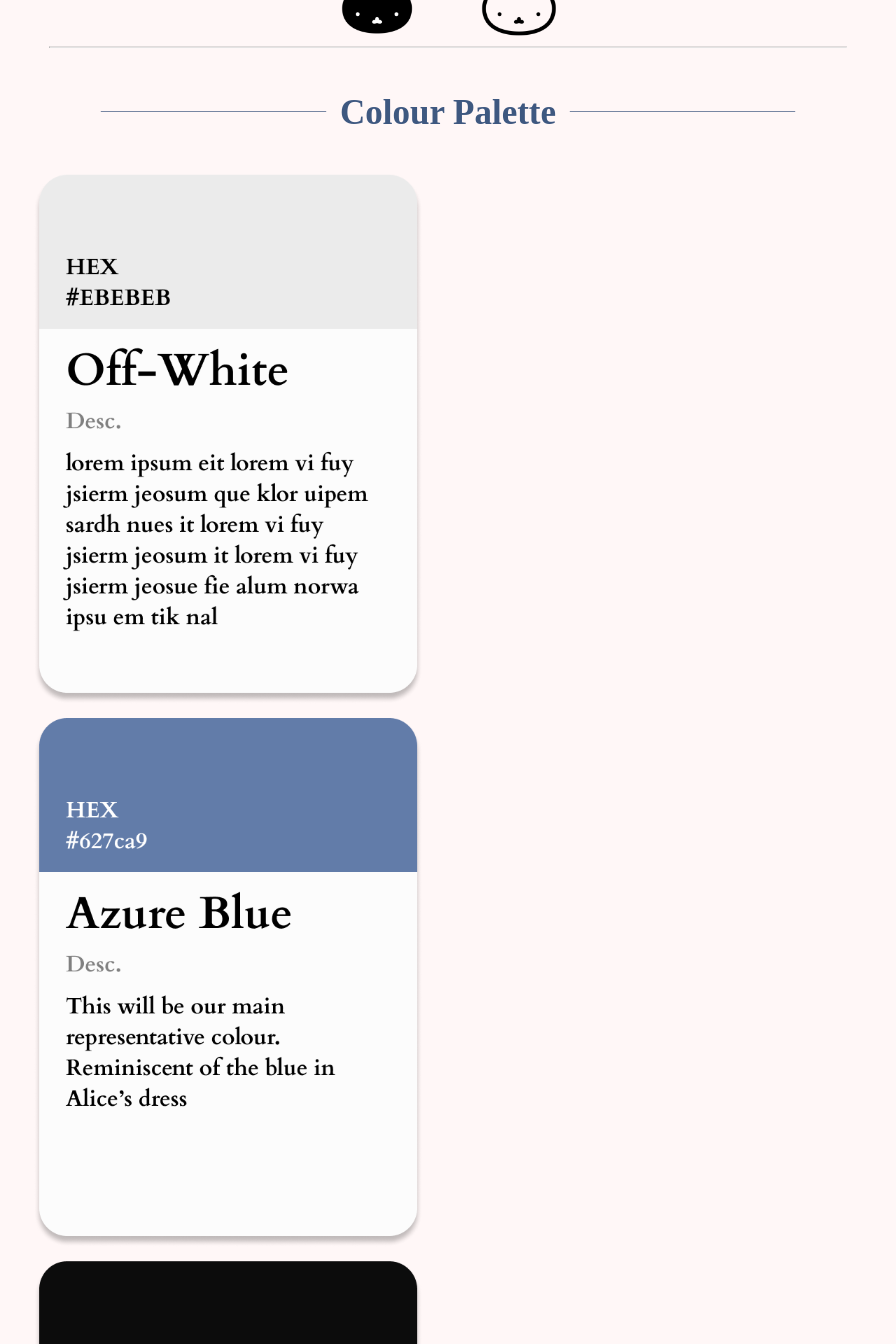
Repository: MeowCeline00/styleguide_wonder
Page: index.html
The author's editor kept a copy of each file at every save. The page is drawn from the files as they stood at one save, then again after a run of saves.
The browser window is 1280 px wide. The pictures show the part of the page from y = 1674 to 3594 px (the page is 5804 px tall before and 4212 px after), at 70% of full size.

Above is the page before, as saved 2024-04-09 17:51:44.

### index.html
<!DOCTYPE html>
<html lang="en">
<head>
    <meta charset="UTF-8">
    <meta name="viewport" content="width=device-width, initial-scale=1.0">
    <title>Wonderland Style Guide</title>
    <link rel="stylesheet" href="styles/styles.css">
</head>
<body>

    <header>
        <nav>
            <ul>
                <li><a href="#home">Home</a></li>
                <li><a href="#logo">Logo</a></li>
                <li><a href="#color-variations">Color Variations</a></li>
                <li><a href="#typography">Typography</a></li>
                <li><a href="#imagery">Imagery</a></li>
            </ul>
        </nav>
        <hr style="width: 90%;" />

    </header>

    <main>
        <section id="home">
            <div class="row">
                <div class="column">
                  <img src="./images/alice_icon.png" alt="alice_icon" style="width:100%">
                </div>
                <div class="column">
                  <img src="./images/main.png" alt="main_logo" style="width:100%">
                </div>
              </div>
        </section>

        <div class="title-container">
            <div class="line"></div>
            <h2 class="title">Logo Variations</h2>
            <div class="line"></div>
        </div>

        <section id="logo">
            <div class="secondpage">
              <div class="mockup">
                <img src="./images/mockup.png" alt="mockup" style="width: 600px;">
              </div>
              <div class="divider"></div>
              <div class="logo_blue">
                <img src="./images/logo_blue.png" alt="logo_blue" style="width: 400px;">
              </div>
            </div>
            <div class="blacknwhite">
                <img src="./images/rabbit_bw.png" alt="rabbit_bw" style="width: 30%;">
            </div>
          </section>

          <hr style="width: 90%;" />

        <section id="color-variations">
             <div class="title-container">
            <div class="line"></div>
            <h2 class="title">Colour Palette</h2>
            <div class="line"></div>
        </div>

        <div class="color_palette">
            <div class="color_guide">
                <figure class="color_guide_item color_guide_item--1">
                    <img src="./images/off_white.png" alt="off_white" class="color_guide_img">
                </figure>
                <figure class="color_guide_item color_guide_item--2">
                    <img src="./images/azure_blue.png" alt="azure_blue" class="color_guide_img">
                </figure>
                <figure class="color_guide_item color_guide_item--3">
                    <img src="./images/midnight.png" alt="midnight" class="color_guide_img">
                </figure>
                <figure class="color_guide_item color_guide_item--4">
                    <img src="./images/scarlet.png" alt="scarlet" class="color_guide_img">
                </figure>
                <figure class="color_guide_item color_guide_item--5">
                    <img src="./images/dandelion.png" alt="dandelion" class="color_guide_img">
                </figure>
            </div>
        </div>
        </section>

        <section id="typography">
            <!-- Content for the Typography section -->
        </section>

        <section id="imagery">
            <!-- Content for the Imagery section -->
        </section>

    </main>


    <footer>
        <!-- Footer content -->
    </footer>


<button id="back-to-top" title="Go to top">Top</button>

<script>
  document.addEventListener('DOMContentLoaded', function() {
    if (document.body.scrollTop > 20 || document.documentElement.scrollTop > 20) {
      document.body.classList.remove('top');
    } else {
      document.body.classList.add('top');
    }
  });

  var mybutton = document.getElementById('back-to-top');

  window.onscroll = function() {
    scrollFunction();
  };

  function scrollFunction() {
    if (document.body.scrollTop > 20 || document.documentElement.scrollTop > 20) {
      document.body.classList.remove('top');
    } else {
      document.body.classList.add('top');
    }
  }

  mybutton.onclick = function() {
    document.body.scrollTop = 0;
    document.documentElement.scrollTop = 0;
  };
</script>

</body>
</html>

</body>
</html>

### styles/styles.css
.row {
    display: flex;
    justify-content: center;
    align-items: center;
  }

  .column {
    flex: 1;
    padding-left: 20px;
    padding-right: 20px;
    padding-top: 30px;
    padding-bottom: 50px;
  }

  .column img {
    width: 100%;
    max-width: 600px;
    height: auto;
    margin: 10px;
  }


  header {
    text-align: center;
    padding: 25px 0;
  }

  nav ul {
    list-style: none;
    display: inline-block;
    padding: 10px;
    font-family: 'Josefin Sans', sans-serif;
  }

  nav li {
    display: inline;
    margin-right: 150px;
  }

  nav a {
    text-decoration: none;
    color: #3E5880;
    font-size: 16px;
    font-weight: bold;
  }

  nav a:hover, nav a:focus {
    color: #424be9;
    text-decoration: underline solid #0c0c0c;
  }



  body {
    background-color: #FFF7F7;
  }

  .title-container {
    display: flex;
    align-items: center;
    justify-content: center;
    margin: 20px 0;
    max-width: 80%;
    margin-left: auto;
    margin-right: auto;
  }

  .line {
    flex-grow: 1;
    height: 1px;
    background-color: #3E5880;
    margin: 0 10px;
  }

  .title {
    white-space: nowrap;
    padding: 0 10px;
    color: #3E5880;
    font-size: 50px;
    font-family: "Cardo";
  }

  .secondpage {
    display: flex;
    justify-content: center;
    align-items: center;
    padding: 10px;
    padding-left: auto;
    padding-right: auto;
  }

  .mockup, .logo_blue {
    padding: 10px;
  }

  .divider {
    width: 1px;
    height: 400px;
    background-color: #3E5880;
    margin: 0 20px;
    margin-right: 140px;
  }

  .blacknwhite {
    display: flex;
    justify-content: center;
    align-items: center;
    padding-top: 60px;
  }

  #back-to-top {
    position: fixed;
    bottom: 20px;
    right: 30px;
    background-color: #3E5880;
    color: white;
    padding: 15px 10px;
    border: none;
    border-radius: 80px;
    cursor: pointer;
    opacity: 0;
    transition: opacity 0.3s;
    z-index: 1000;
  }

  body:not(.top) #back-to-top {
    opacity: 1;
  }

After the next 3 saves:
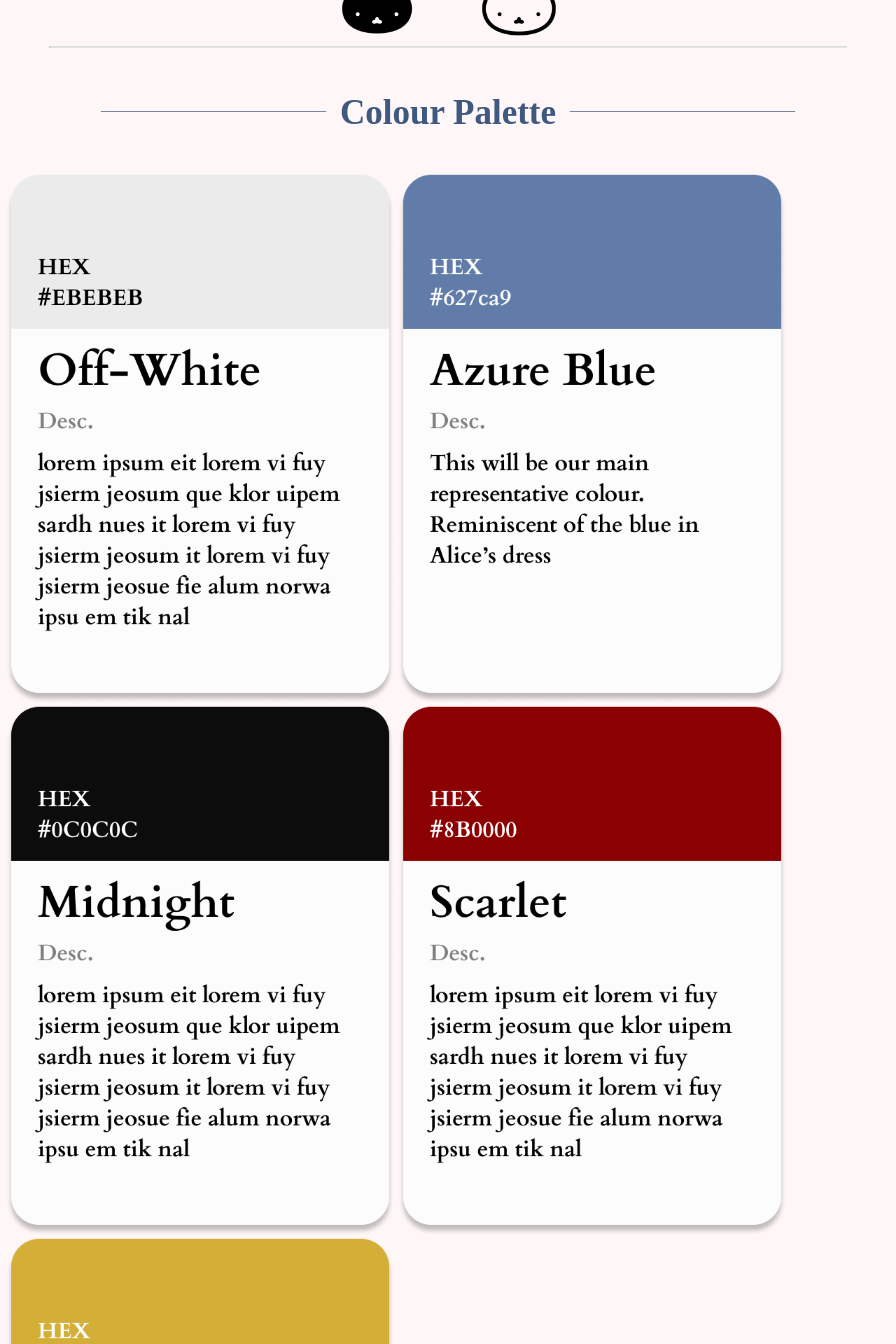
The 3 saves are shown as one change because they came seconds apart.
The last was saved 7 min 2 s later.
--- a/index.html
+++ b/index.html
@@ -64,7 +64,7 @@
             <div class="line"></div>
         </div>
 
-        <div class="color_palette">
+        <!-- <div class="color_palette">
             <div class="color_guide">
                 <figure class="color_guide_item color_guide_item--1">
                     <img src="./images/off_white.png" alt="off_white" class="color_guide_img">
@@ -81,7 +81,16 @@
                 <figure class="color_guide_item color_guide_item--5">
                     <img src="./images/dandelion.png" alt="dandelion" class="color_guide_img">
                 </figure>
+            </div> -->
+
+            <div class="color_palette">
+                <img src="./images/off_white.png" alt="off_white" class="color_guide_img">
+                <img src="./images/azure_blue.png" alt="azure_blue" class="color_guide_img">
+                <img src="./images/midnight.png" alt="midnight" class="color_guide_img">
+                <img src="./images/scarlet.png" alt="scarlet" class="color_guide_img">
+                <img src="./images/dandelion.png" alt="dandelion" class="color_guide_img">
             </div>
+
         </div>
         </section>
 
